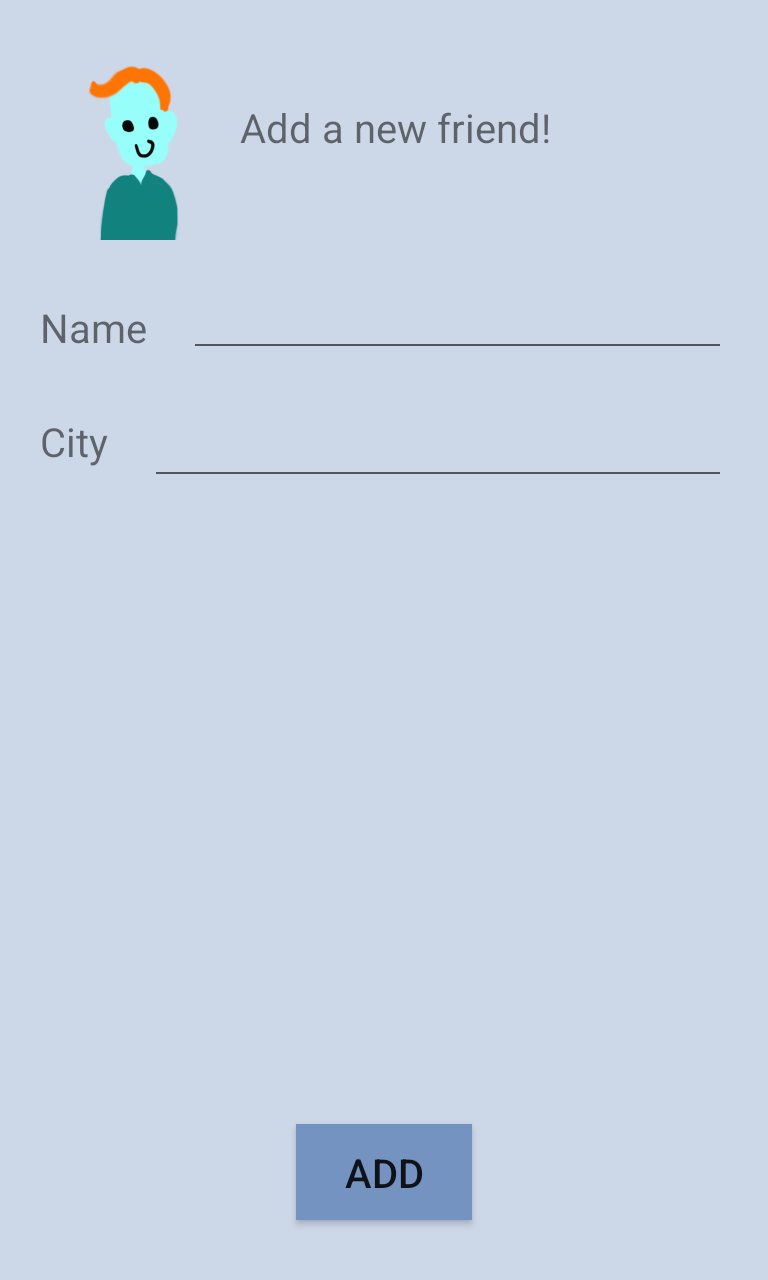
Repository: hinasakazaki/WeatherWithFriends
Layout: WeatherWithFriends/res/layout/add_fragment.xml
The author's editor kept a copy of each file at every save. The layout is drawn from the files as they stood at one save, then again after the next save.
It is drawn on a 768 x 1280 px phone screen (xhdpi) without system bars, with theme AppTheme; the app's code is not run.

Above is the layout before, as saved 2014-06-09 22:32:27.

After the next save:
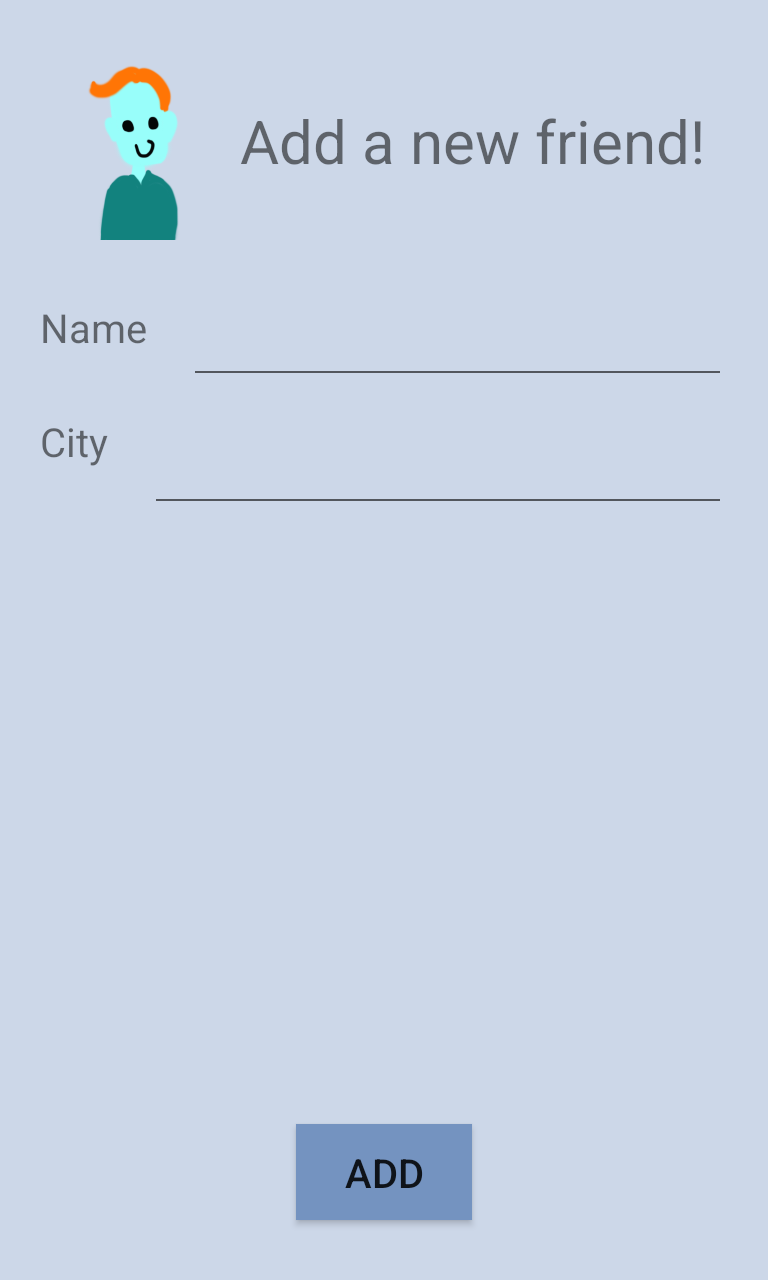
Saved 80 s later.
--- a/WeatherWithFriends/res/layout/add_fragment.xml
+++ b/WeatherWithFriends/res/layout/add_fragment.xml
@@ -20,7 +20,7 @@
     	    android:layout_height="wrap_content"
     	    android:layout_toRightOf="@+id/icon"
     	    android:text="Add a new friend!"
-    	    android:textSize="20dp"
+    	    android:textSize="30dp"
     	    android:layout_marginTop="50dp"/>
 
 	<!--  second row -->
